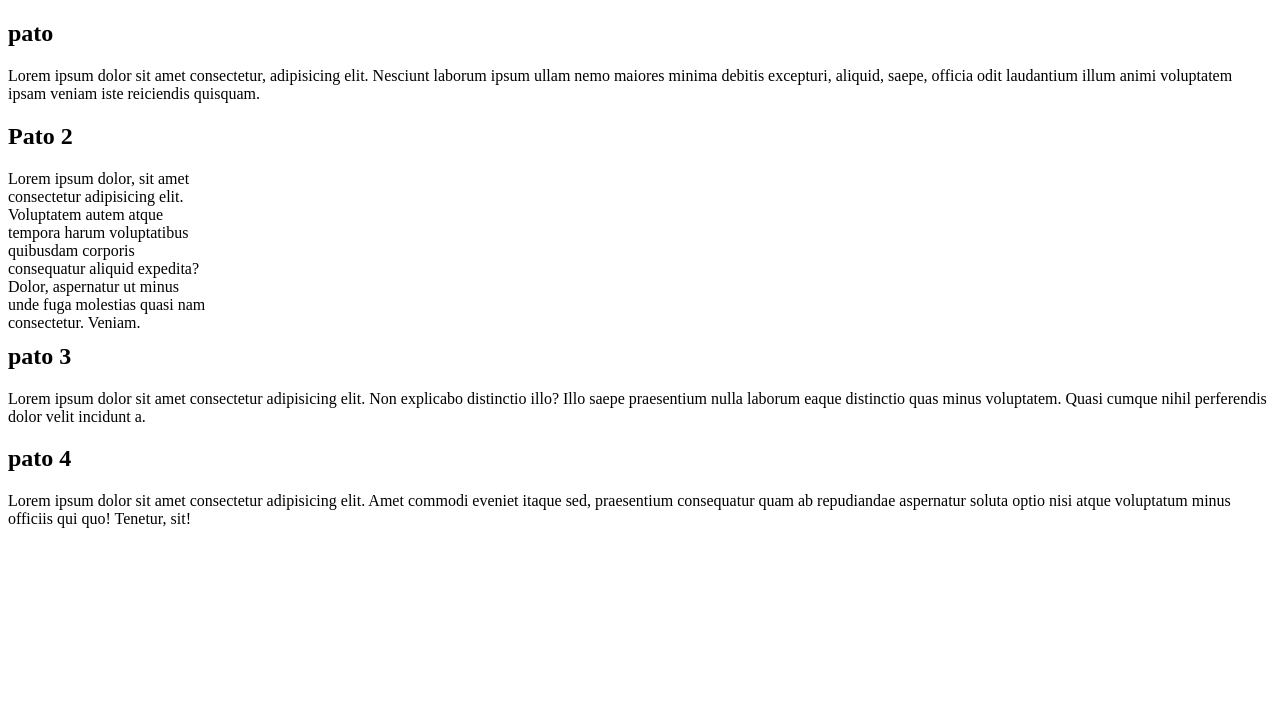
Repository: viviij/Fun-es-Simples-JavaScript
Page: index.html
These files come from the project's save history. The page is drawn as it stood at one moment and after the next save; the edit follows.
The browser window is 1280 px wide. The pictures show the whole page.

Above is the page before, as saved 2022-08-25 20:35:28.

After the next save:
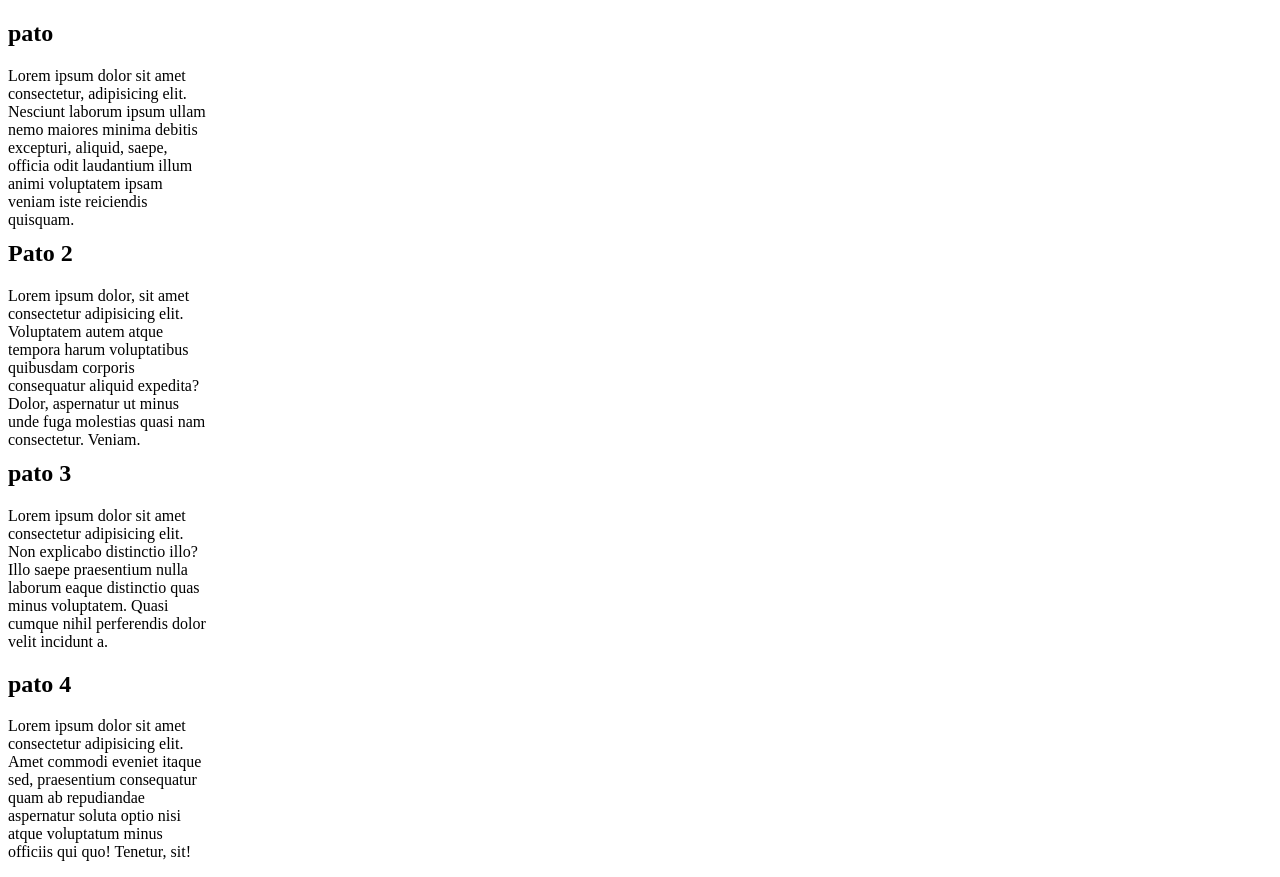
Saved 13 s later.
--- a/styles.css
+++ b/styles.css
@@ -1,4 +1,4 @@
-.container .questao_2 {
+.container section {
   max-height: 200px;
   max-width: 200px;
 }
